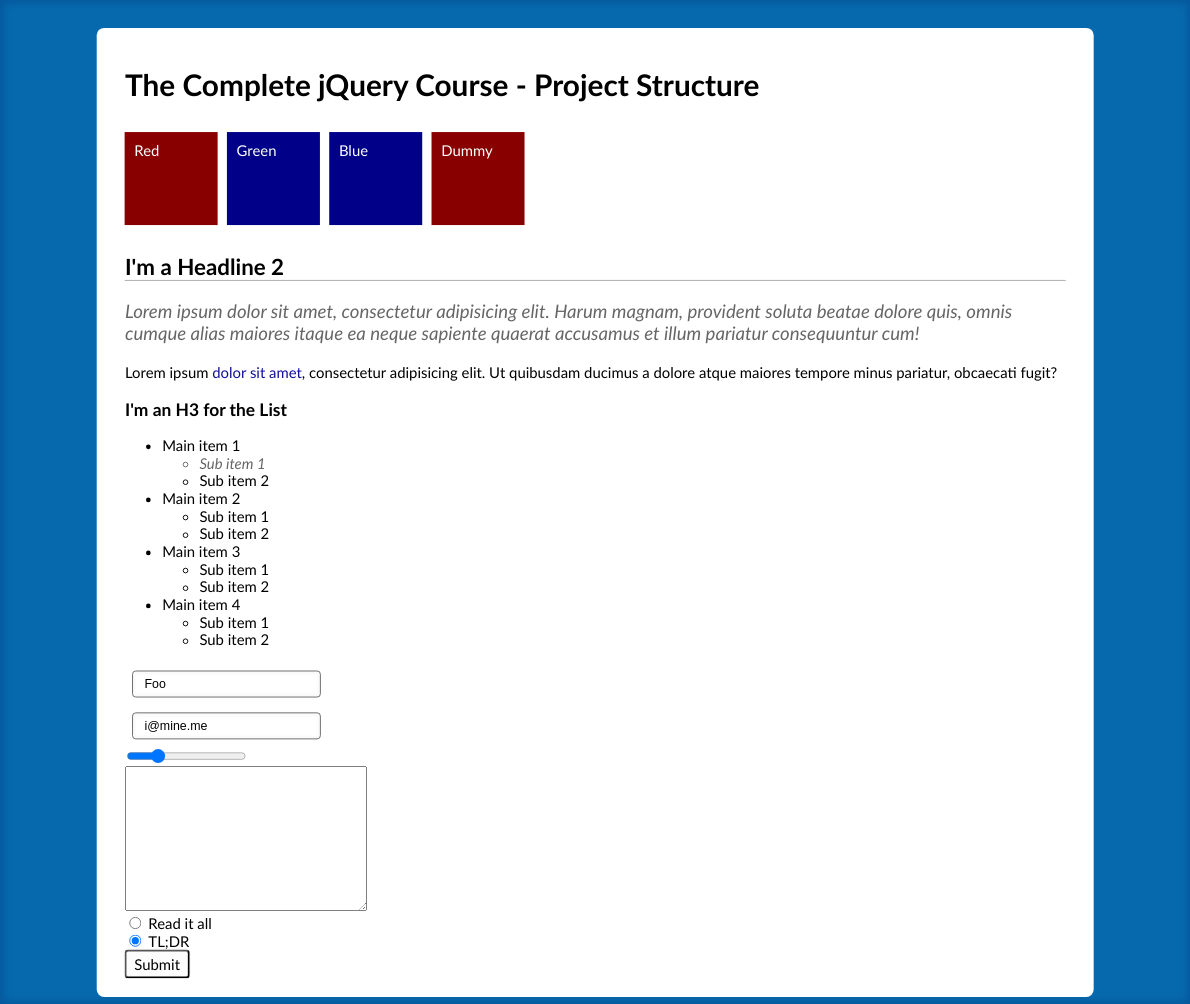
Repository: vpriyankaprabhu/Jquery-examples
Page: 05/add-remove-css-classes/index.html
The author's editor kept a copy of each file at every save. The page is drawn from the files as they stood at one save, then again after the next save.
The browser window is 1280 px wide. The pictures show the whole page, at 93% of full size.

Above is the page before, as saved 2024-12-30 13:25:32.

### 05/add-remove-css-classes/index.html
<!DOCTYPE html>
<html lang="en">
<head>
  <meta charset="UTF-8">
  <script src="https://code.jquery.com/jquery-1.12.3.min.js" integrity="sha256-aaODHAgvwQW1bFOGXMeX+pC4PZIPsvn2h1sArYOhgXQ=" crossorigin="anonymous"></script>
  <script src="js/script.js"></script>
  <link rel="stylesheet" href="css/style.css">
  <title>The Complete jQuery Course - Course Code</title>
</head>
<body>
  <div id="content">
    <h1>The Complete jQuery Course - Project Structure</h1>

    <div class="red-box">Red</div>
    <div class="green-box">Green</div>
    <div class="blue-box">Blue</div>
    <div class="dummy">Dummy</div>
    <div class="clear"></div>

    <h2>I'm a Headline 2</h2>
    <p>Lorem ipsum dolor sit amet, consectetur adipisicing elit. Harum magnam, provident soluta beatae dolore quis, omnis cumque alias maiores itaque ea neque sapiente quaerat accusamus et illum pariatur consequuntur cum!</p>
    <p>Lorem ipsum <a id="link" title="An amazing link" href="/url">dolor sit amet</a>, consectetur adipisicing elit. Ut quibusdam ducimus a dolore atque maiores tempore minus pariatur, obcaecati fugit?</p>

    <h3>I'm an H3 for the List</h3>
    <!-- An unordered list with ID "list" -->
    <ul id="list">
      <li>Main item 1
        <ul>
          <li>Sub item 1</li>
          <li>Sub item 2</li>
        </ul></li>
      <li>Main item 2
        <ul>
          <li>Sub item 1</li>
          <li>Sub item 2</li>
        </ul></li>
      <li>Main item 3
        <ul>
          <li>Sub item 1</li>
          <li>Sub item 2</li>
        </ul></li>
      <li>Main item 4
        <ul>
          <li>Sub item 1</li>
          <li>Sub item 2</li>
        </ul></li>
    </ul>

    <!-- A form element without class or ID  -->
    <form action="">
      <input type="text" value="Foo"><br>
      <input type="email" value="i@mine.me"><br>
      <input type="range" min="1" max="10" value="3"><br>
      <textarea name="message" id="message" cols="30" rows="10"></textarea><br>
      <input type="radio" name="toc" value="read" id="read"> <label for="read">Read it all</label> <br>
      <input type="radio" name="toc" value="tldr" checked> <label for="tldr">TL;DR</label> <br>
      <input type="submit" value="Submit">
    </form>
</body>
</html>

### 05/add-remove-css-classes/js/script.js
$(function () {

  // Additional CSS classes can be added to an element via addClass()

  // For instance, add the class .fancy-link to all anchor tags.
  // Note that you *do not* add a dot in front of the class name here.
  $("a").addClass("fancy-link");

  // You can also add multiple classes at once.
  $("p:first").addClass("large emphasize");

  // To attach a class based on the index of the element in your selected
  // set of elements, you can use a callback function.
  $("li li").addClass(function(index) {
    // This adds classes .item-0, .item-1, ... to the list's sub-items.
    $(this).addClass("item-" + index);
  });

  // You can even use two parameters for the callback function, the index
  // and the current class of the element.
  $("div").addClass(function(index, currentClasses) {
    console.log(currentClasses);  // String containing all classes

    // Add .red-box if the current classes contain "dummy"
    if (currentClasses.indexOf("dummy") !== -1) {
      return "red-box";
    }
  });

  // You can again chain these calls to switch one class for another.
  $(".green-box").removeClass("green-box").addClass("blue-box");

  // To quickly toggle one particular CSS class, use toggleClass().
  $("li li:first").toggleClass("emphasize");


  $(".dummy").removeClass("dummy").addClass(".green-box")
});

### 05/add-remove-css-classes/css/style.css
.lightbox {
  position: absolute;
  top: 0;
  left: 0;
  display: none;
  width: 30%;
  height: 60%;
  padding: 15% 35% 25% 35%;
  color: #000000;
  background-color: rgba(200, 100, 0, 0.9);
  text-align: center;
  text-shadow: #333 0 1px 0; }

.red-box {
  float: left;
  width: 80px;
  height: 80px;
  margin: 10px 10px 10px 0;
  padding: 10px;
  color: #ffffff;
  background-color: #880000; }

.green-box {
  float: left;
  width: 80px;
  height: 80px;
  margin: 10px 10px 10px 0;
  padding: 10px;
  color: #ffffff;
  background-color: #008800; }

.blue-box {
  float: left;
  width: 80px;
  height: 80px;
  margin: 10px 10px 10px 0;
  padding: 10px;
  color: #ffffff;
  background-color: #000088; }

.large {
  font-size: 125%;
}

.emphasize {
  color: #666;
  font-style: italic;
}

fieldset {
  border-radius: 4px;
  -moz-border-radius: 4px;
  -webkit-border-radius: 4px; }

label {
  display: inline-block;
  min-width: 100px; }

input[type="text"], input[type="email"], input[type="password"], input[type="tel"] {
  margin: 8px;
  padding: 6px 12px;
  outline: none;
  border: 1px solid #666;
  border-radius: 4px;
  box-shadow: inset 0 0 3px 3px #fafafa; }

input[type="submit"] {
  font-family: "Trebuchet MS", Verdana, Arial, sans-serif;
  font-size: 16px;
  padding: 4px 8px;
  background-color: #fcfcfc;
  box-shadow: 0 0 1px 0 #aaa;
  -webkit-border-radius: 4px;
  -moz-border-radius: 4px;
  border-radius: 4px; }
  input[type="submit"]:hover {
    background-color: #f4f4f4;
    box-shadow: 0 0 1px 0 #ccc; }

html {
  min-height: 100%;
  background-color: #0769ad;
  box-shadow: 0 0 8px 4px #06599d inset; }

body {
  font-size: 16px;
  font-family: "Trebuchet MS", Verdana, Arial, sans-serif; }

.clear {
  clear: both; }

#content {
  overflow: auto;
  width: 80%;
  background-color: #fff;
  margin: 30px auto 0 auto;
  padding: 20px 30px;
  border-radius: 8px;
  -moz-border-radius: 8px;
  -webkit-border-radius: 8px; }

h1 {
  color: #000; }

h2 {
  border-bottom: 1px solid #aaa; }

#dashboard {
  position: absolute;
  width: 120px;
  height: 60%;
  left: -140px;
  top: 100px;
  padding: 20px;
  border-radius: 0 6px 6px 0;
  box-shadow: 0 0 3px 3px #f0f0f0;
  background-color: #999; }

.fancy-link {
  display: inline-block;
  text-decoration: none;
  color: #111199; }

.fancy-link:after {
  display: block;
  content: '';
  border-bottom: solid 1px #22a;
  transform: scaleX(0.0001);
  transition: transform 250ms ease-in-out; }

.fancy-link:hover:after {
  transform: scaleX(1); }

/*# sourceMappingURL=style.css.map */

After the next save:
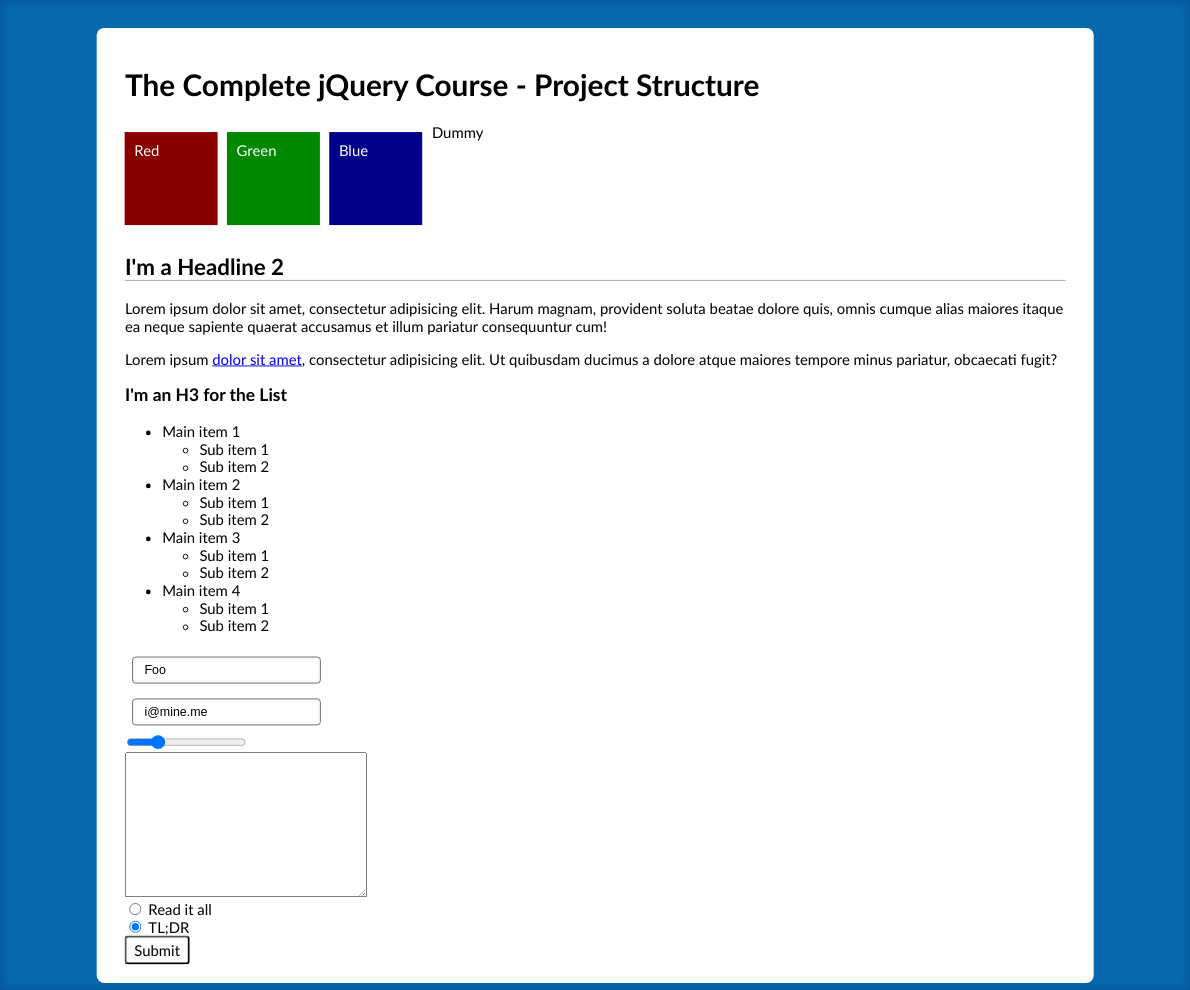
Saved 13 s later.
--- a/05/add-remove-css-classes/js/script.js
+++ b/05/add-remove-css-classes/js/script.js
@@ -2,36 +2,36 @@ $(function () {
 
   // Additional CSS classes can be added to an element via addClass()
 
-  // For instance, add the class .fancy-link to all anchor tags.
-  // Note that you *do not* add a dot in front of the class name here.
-  $("a").addClass("fancy-link");
+  // // For instance, add the class .fancy-link to all anchor tags.
+  // // Note that you *do not* add a dot in front of the class name here.
+  // $("a").addClass("fancy-link");
 
-  // You can also add multiple classes at once.
-  $("p:first").addClass("large emphasize");
+  // // You can also add multiple classes at once.
+  // $("p:first").addClass("large emphasize");
 
-  // To attach a class based on the index of the element in your selected
-  // set of elements, you can use a callback function.
-  $("li li").addClass(function(index) {
-    // This adds classes .item-0, .item-1, ... to the list's sub-items.
-    $(this).addClass("item-" + index);
-  });
+  // // To attach a class based on the index of the element in your selected
+  // // set of elements, you can use a callback function.
+  // $("li li").addClass(function(index) {
+  //   // This adds classes .item-0, .item-1, ... to the list's sub-items.
+  //   $(this).addClass("item-" + index);
+  // });
 
-  // You can even use two parameters for the callback function, the index
-  // and the current class of the element.
-  $("div").addClass(function(index, currentClasses) {
-    console.log(currentClasses);  // String containing all classes
+  // // You can even use two parameters for the callback function, the index
+  // // and the current class of the element.
+  // $("div").addClass(function(index, currentClasses) {
+  //   console.log(currentClasses);  // String containing all classes
 
-    // Add .red-box if the current classes contain "dummy"
-    if (currentClasses.indexOf("dummy") !== -1) {
-      return "red-box";
-    }
-  });
+  //   // Add .red-box if the current classes contain "dummy"
+  //   if (currentClasses.indexOf("dummy") !== -1) {
+  //     return "red-box";
+  //   }
+  // });
 
-  // You can again chain these calls to switch one class for another.
-  $(".green-box").removeClass("green-box").addClass("blue-box");
+  // // You can again chain these calls to switch one class for another.
+  // $(".green-box").removeClass("green-box").addClass("blue-box");
 
-  // To quickly toggle one particular CSS class, use toggleClass().
-  $("li li:first").toggleClass("emphasize");
+  // // To quickly toggle one particular CSS class, use toggleClass().
+  // $("li li:first").toggleClass("emphasize");
 
 
   $(".dummy").removeClass("dummy").addClass(".green-box")
